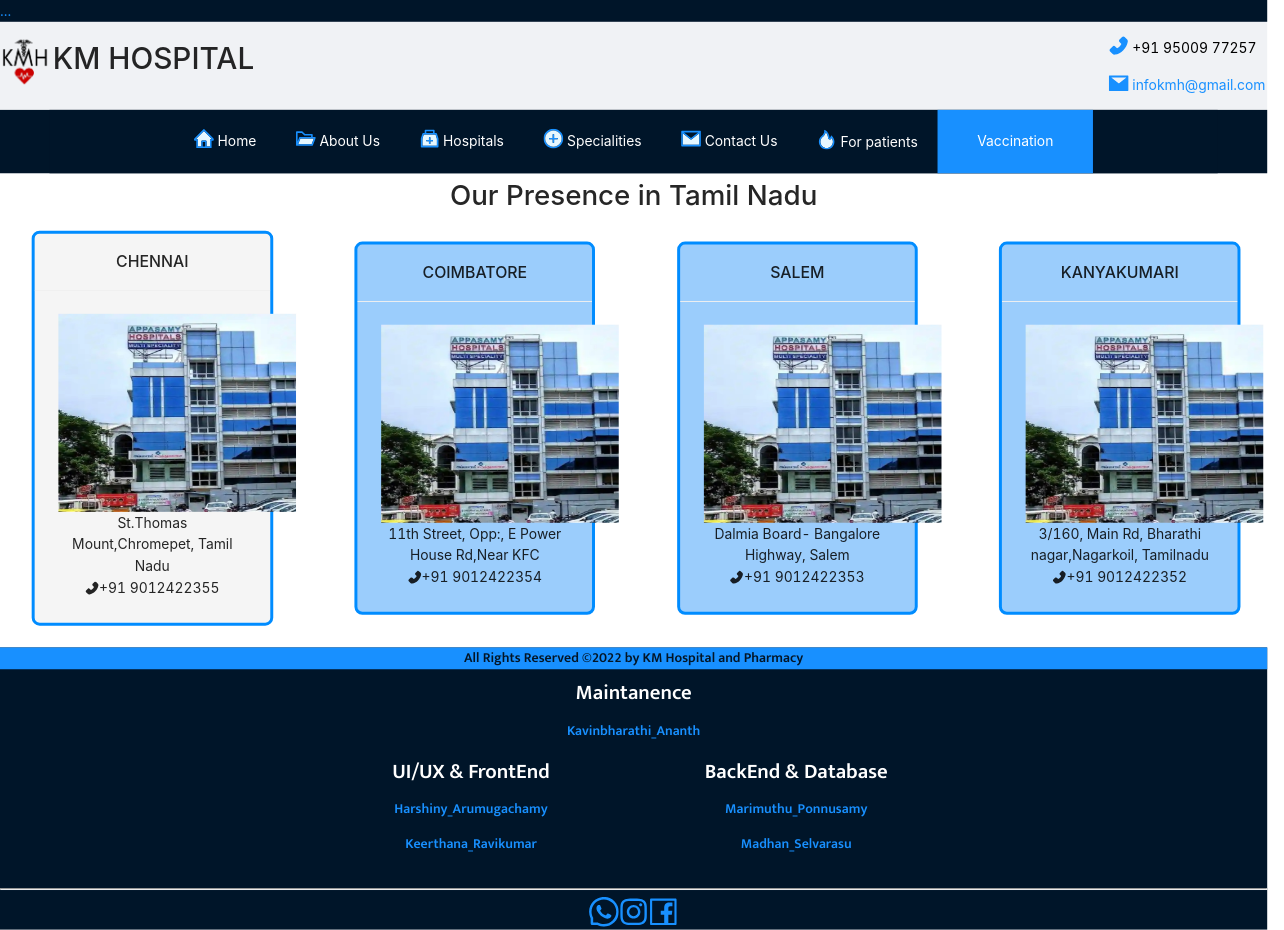
Repository: marimuthu1001/KHM-hospital
Page: /hospitals (app in km-hospital/)
These files come from the project's save history. The page is drawn as it stood at one moment and after the next save; the edit follows.
The browser window is 1280 px wide. The page is 1297 px wide, so the pictures cover 1297 px, including what lies to the right of the window. The pictures show the whole page, at 99% of full size.
The project was rebuilt for these pictures with package versions that can differ from the ones it lists, and the page was loaded fresh each time. Also part of the build but not shown: km-hospital/src/firebase.js, km-hospital/src/Pages/Home.jsx, km-hospital/src/Pages/ContactUs.jsx, km-hospital/src/Pages/AboutUS.jsx, km-hospital/src/Styles/Specialities.module.css, km-hospital/src/Pages/Specialities.jsx, km-hospital/src/Pages/For Patients/Bmi_Calculator.jsx, km-hospital/src/Styles/Appointment.module.css and 3 more.

Above is the page before, as saved 2022-01-27 15:20:12.

After the next save:
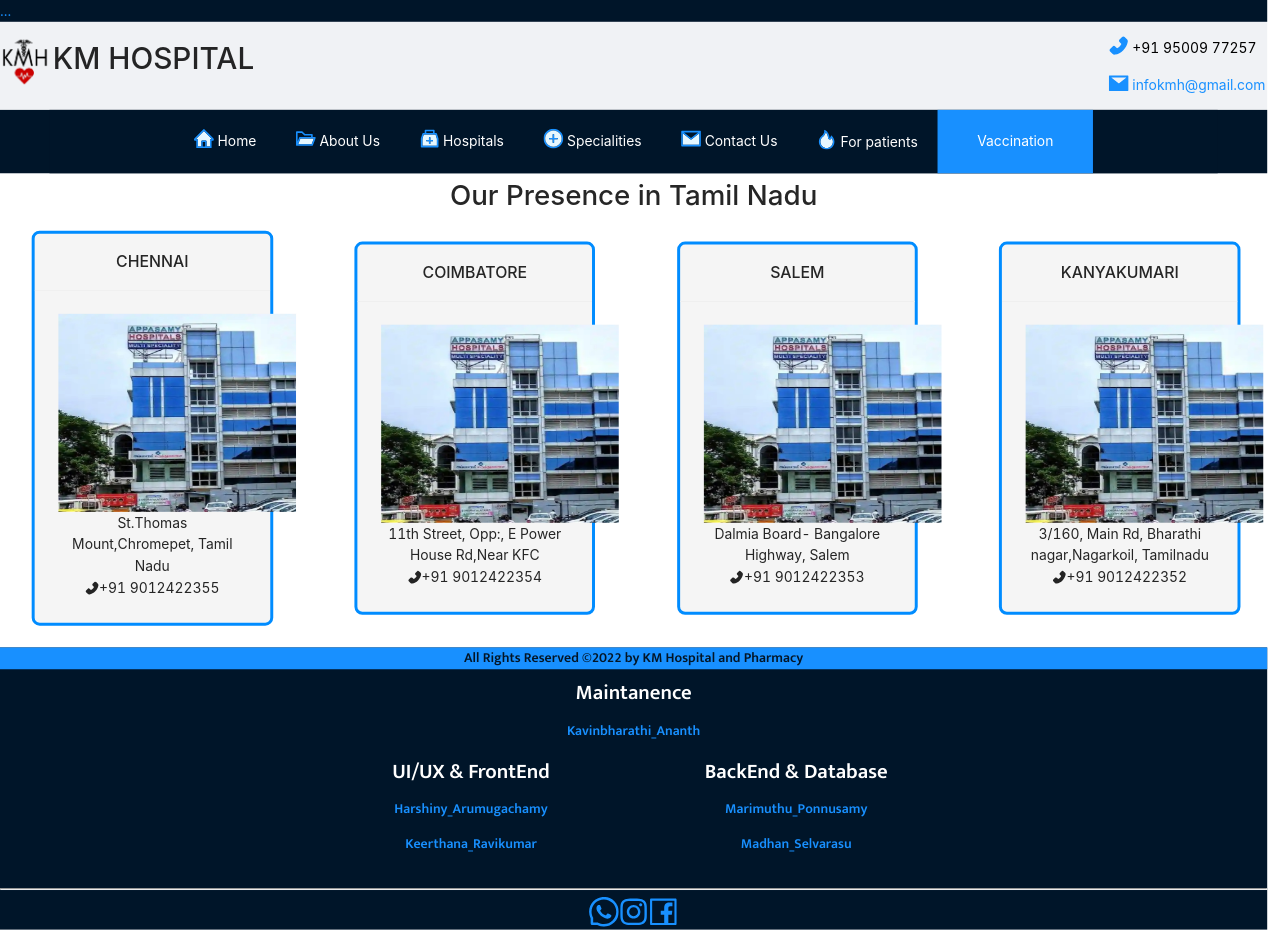
Saved 17 s later.
--- a/km-hospital/src/Pages/Hospitals.jsx
+++ b/km-hospital/src/Pages/Hospitals.jsx
@@ -16,19 +16,19 @@ function Hospitals() {
                             </Card>
                         </Col>
                         <Col sm={{span:1}} md={{span:5}} lg={{span:5}} >
-                            <Card  className={Styles.card} title="COIMBATORE" bordered={true} hoverable={true}>
+                            <Card  className={Styles.card} style={{backgroundColor:'whitesmoke'}} title="COIMBATORE" bordered={true} hoverable={true}>
                             <img src={Img1} alt="Hospital"  width={240} height={200}/>
                            11th Street, Opp:, E Power House Rd,Near KFC <br/> <PhoneFilled />+91 9012422354
                             </Card>
                         </Col>
                         <Col sm={{span:1}} md={{span:5}} lg={{span:5}}>
-                            <Card className={Styles.card} title="SALEM" bordered={true} hoverable={true}>
+                            <Card className={Styles.card} style={{backgroundColor:'whitesmoke'}} title="SALEM" bordered={true} hoverable={true}>
                             <img src={Img1} alt="Hospital"  width={240} height={200}/>
                            Dalmia Board- Bangalore Highway, Salem  <br/> <PhoneFilled />+91 9012422353
                             </Card>
                         </Col>
                         <Col sm={{span:1}} md={{span:5}} lg={{span:5}}>
-                            <Card className={Styles.card} title="KANYAKUMARI" bordered={true} hoverable={true}>
+                            <Card className={Styles.card} style={{backgroundColor:'whitesmoke'}} title="KANYAKUMARI" bordered={true} hoverable={true}>
                             <img src={Img1} alt="Hospital"  width={240} height={200}/>
                              3/160, Main Rd, Bharathi nagar,Nagarkoil, Tamilnadu  <br/> <PhoneFilled />+91 9012422352
                             </Card>
